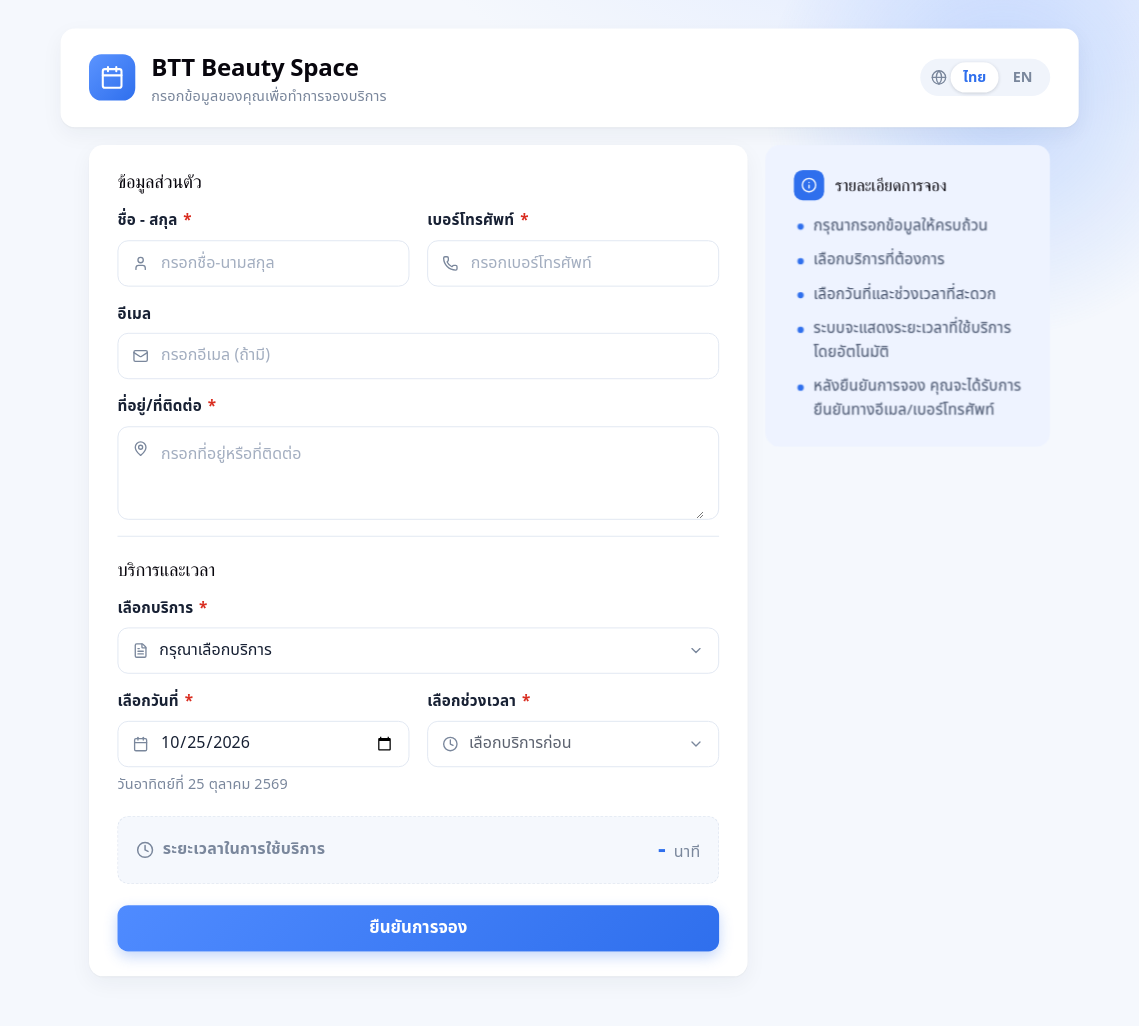
Repository: TeerasakJeefu/karu
Page: / (app in booking-web/)
The author's editor kept a copy of each file at every save. The page is drawn from the files as they stood at one save, then again after the next save.
The browser window is 1280 px wide. The pictures show the whole page, at 89% of full size.
The project was rebuilt for these pictures with package versions that can differ from the ones it lists, and the page was loaded fresh each time.

Above is the page before, as saved 2026-10-25 20:21:54.

After the next save:
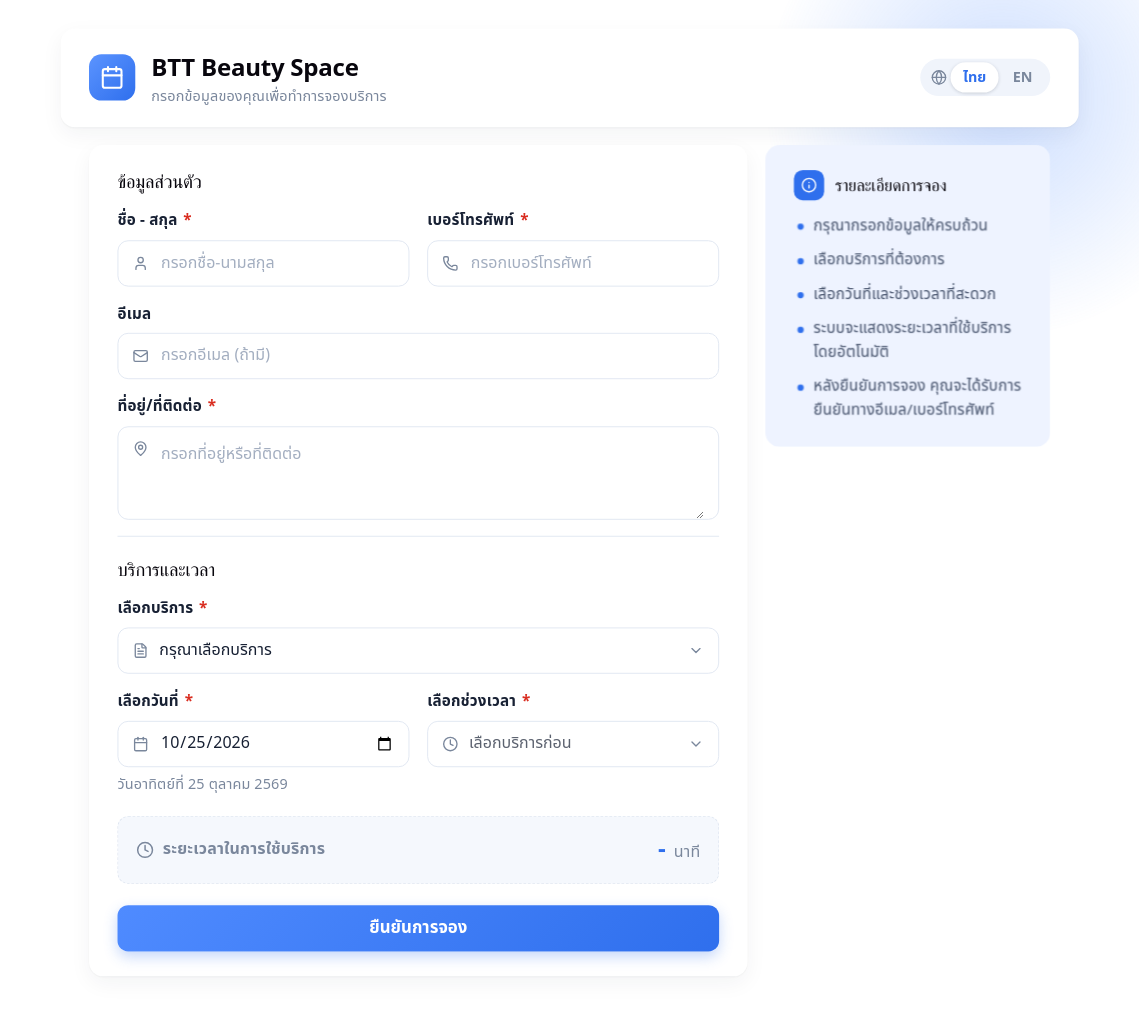
Saved 4 min 24 s later.
--- a/booking-web/src/App.vue
+++ b/booking-web/src/App.vue
@@ -257,7 +257,14 @@
 
 <style>
 /* รีเซ็ตสไตล์เริ่มต้นของ Vite ที่ทำให้ข้อความอยู่กลางจอ */
-body { margin: 0; display: block; min-width: 320px; }
+html {
+  overscroll-behavior: none;
+  background-color: #f5f8fd;
+  background-image: radial-gradient(900px 400px at 85% -10%, #dfe9ff 0%, transparent 70%);
+  background-repeat: no-repeat;
+  background-attachment: fixed;
+}
+body { margin: 0; padding: 0; display: block; min-width: 320px; }
 #app { width: 100%; max-width: none; margin: 0; padding: 0; border: 0; text-align: left; display: block; min-height: 0; }
 </style>
 
@@ -266,7 +273,6 @@
   --blue: #2f6fed; --blue-dark: #1f56c4; --blue-soft: #eef3ff; --ink: #172033; --muted: #7a879c;
   --line: #dfe6f1; --danger: #d92d20;
   min-height: 100vh; padding: 32px 20px 56px; color: var(--ink); text-align: left;
-  background: radial-gradient(900px 400px at 85% -10%, #dfe9ff 0%, transparent 70%), #f5f8fd;
   font-family: 'Noto Sans Thai', 'Sarabun', system-ui, sans-serif; line-height: 1.55;
 }
 .header, .layout { max-width: 1080px; margin-inline: auto; }
@@ -349,9 +355,9 @@
 @keyframes ring { from { transform: scale(1); opacity: .6; } to { transform: scale(1.9); opacity: 0; } }
 @keyframes spin { to { transform: rotate(360deg); } }
 
-.page { position: relative; overflow: clip; isolation: isolate; }
+.page { position: relative; isolation: isolate; }
 .page::before {
-  content: ''; position: absolute; z-index: -1; top: -180px; right: -140px; width: 560px; height: 560px;
+  content: ''; position: fixed; z-index: -1; top: -180px; right: -140px; width: 560px; height: 560px;
   border-radius: 50%; pointer-events: none; background: radial-gradient(circle, rgba(91, 148, 255, .3), transparent 65%);
   animation: drift 16s ease-in-out infinite alternate;
 }
